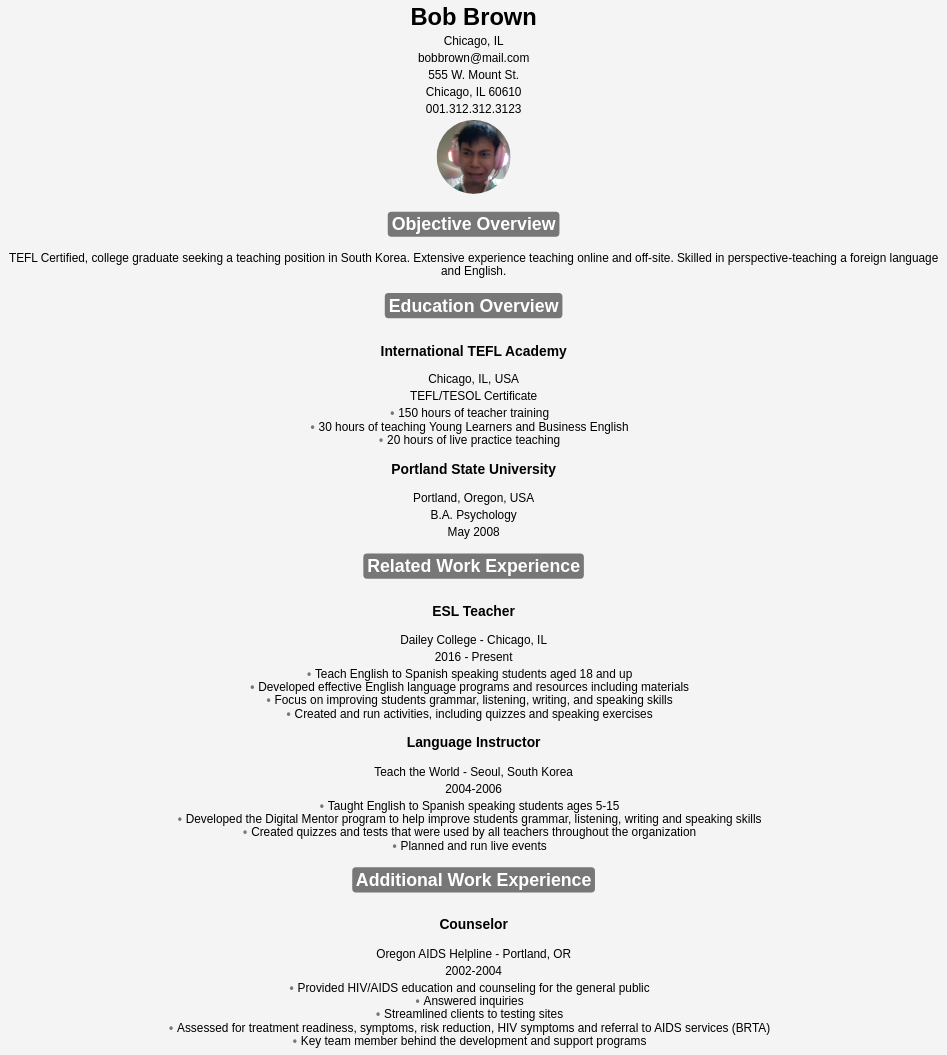
Repository: Gibekkk/WebPro
Page: Tugas Lab 1 (2)/index.html
An editor plug-in stored every save of this project. The page is shown before and after the next save, followed by the edit.
The browser window is 1280 px wide. The pictures show the whole page, at 74% of full size.

Above is the page before, as saved 2024-03-25 13:20:48.

After the next save:
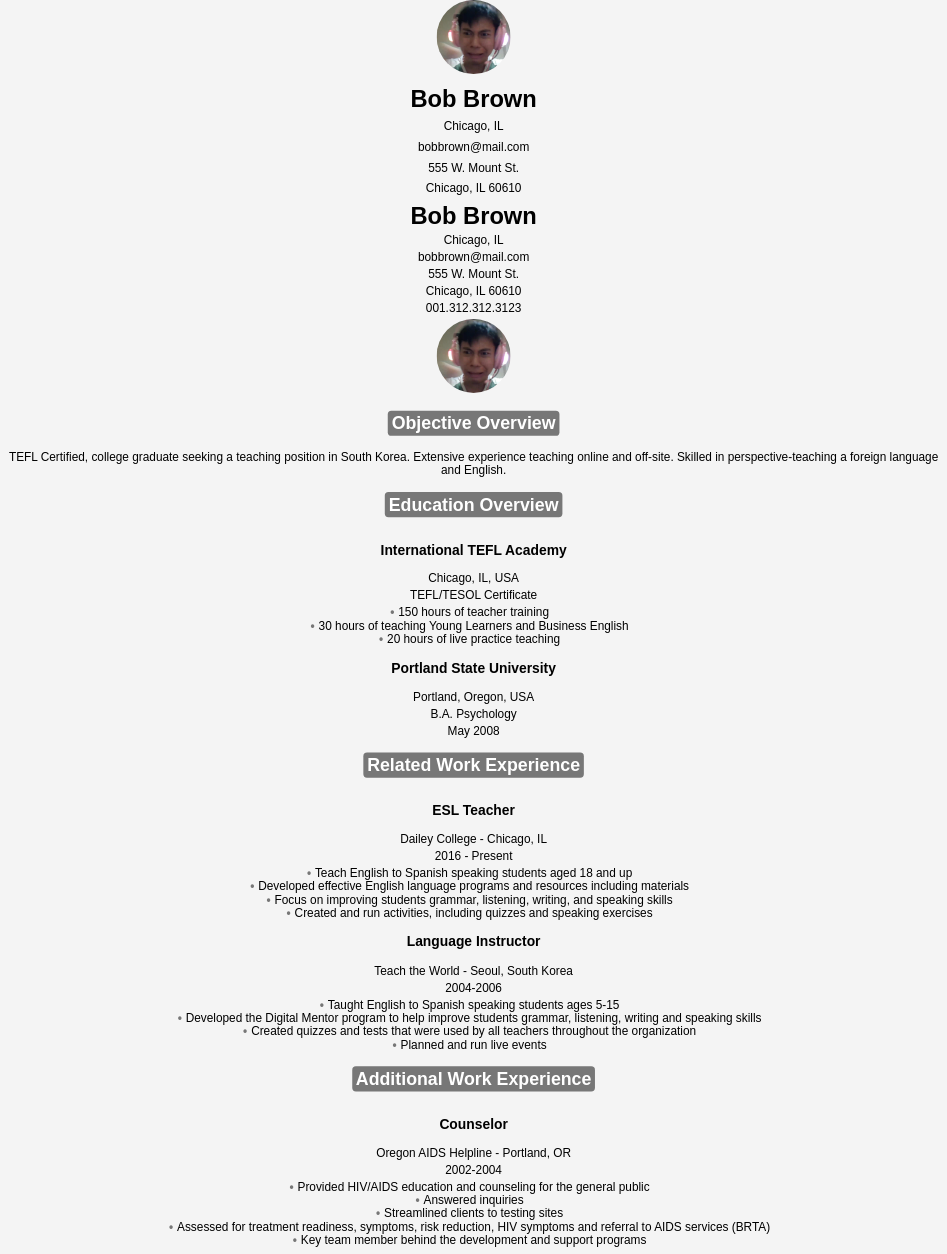
Saved 6 s later.
--- a/Tugas Lab 1 (2)/index.html
+++ b/Tugas Lab 1 (2)/index.html
@@ -60,8 +60,13 @@
 </style>
 </head>
 <body>
-<!-- <div class="resume"> -->
   <div class="header">
+    <img src="javin.jpg" alt="Bob Brown">
+    <h1>Bob Brown</h1>
+    <p>Chicago, IL</p>
+    <p>bobbrown@mail.com</p>
+    <p>555 W. Mount St.</p>
+    <p>Chicago, IL 60610</p>
     <div>
       <h1>Bob Brown</h1>
       <p>Chicago, IL</p>
